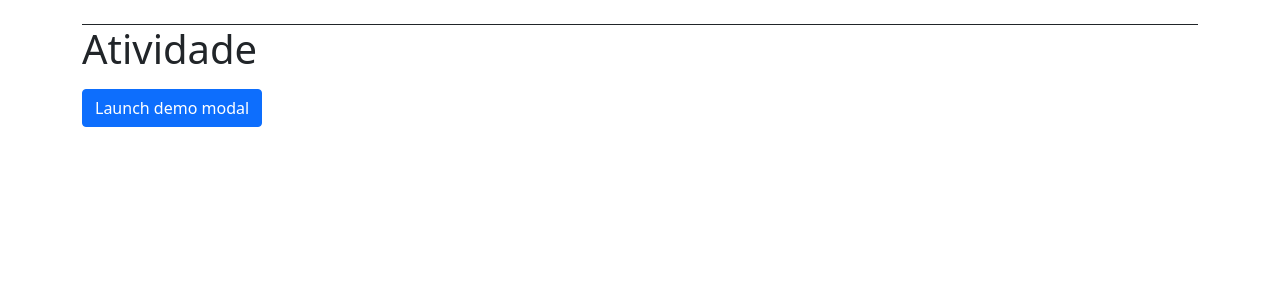
Repository: faribeiro/react-dotnetcore-efcore
Page: / (app in front/pro-atividade-app/)
The author's editor kept a copy of each file at every save. The page is drawn from the files as they stood at one save, then again after the next save.
The browser window is 1280 px wide. The pictures show the whole page.
The page's requests for data from a server got no answer. The project was rebuilt for these pictures with package versions that can differ from the ones it lists, and the page was loaded fresh each time. No one was signed in, and anything a server would have sent is missing. Also part of the build but not shown: front/pro-atividade-app/src/components/AtividadeForm.js, front/pro-atividade-app/src/components/Atividade.js.

Above is the page before, as saved 2023-10-24 15:15:26.

### front/pro-atividade-app/src/index.js
import React from 'react';
import ReactDOM from 'react-dom/client';
import './index.css';
import 'bootstrap/dist/css/bootstrap.min.css';
import App from './App';


const root = ReactDOM.createRoot(document.getElementById('root'));
root.render(
  <div className='container'>
    <App />

  </div>
);

// If you want to start measuring performance in your app, pass a function
// to log results (for example: reportWebVitals(console.log))
// or send to an analytics endpoint. Learn more: https://bit.ly/CRA-vitals

### front/pro-atividade-app/src/index.css
@import url('../node_modules/@fortawesome/fontawesome-free/css/all.min.css');

### front/pro-atividade-app/src/App.js
import {useEffect, useState} from 'react';
import './App.css';
import { Button, Modal } from 'react-bootstrap';
import AtividadeForm from './components/AtividadeForm';
import AtividadeLista from './components/AtividadeLista';
import api from './api/atividade';

function App() {
  const [show, setShow] = useState(false);
  const [atividades, setAtividades] = useState([])
  const [atividade, setAtividade] = useState({id:0})

  const handleClose = () => setShow(false);
  const handleShow = () => setShow(true);

  const pegaTodasAtividades = async () => {
    const response = await api.get('atividade');
    return response.data;
  }

  useEffect(() => {
    //atividades.length <= 0 ? setIndex(1) :
    //setIndex(Math.max.apply( Math, atividades.map((item) => item.id)) + 1)
    const getAtividades = async () => {
      const todasAtividades = await pegaTodasAtividades()
      if (todasAtividades) setAtividades(todasAtividades)
    }
    getAtividades();
  },[])

   const addAtividade = async (ativ) => {
    const response = await api.post('atividade', ativ)
    console.log(response.data)
    setAtividades([ ...atividades, response.data])
  }

  function cancelarAtividade() {
    setAtividade({id: 0})
  }

  const atualizarAtividade = async (ativ) => {
    const response = await api.put(`atividade/${ativ.id}`, ativ)
    const {id} = response.data
    setAtividades(
      atividades.map((item) => (item.id === id ? response.data : item ))
    )
    setAtividade({id: 0})
  }

  const deletarAtividade = async (id) => {
    if (await api.delete(`atividade/${id}`))
    {
      const atividadesFiltradas = atividades.filter(atividade => atividade.id !== id)
          setAtividades([...atividadesFiltradas])
    }
  }

  function pegarAtividade(id) {
    const atividade = atividades.filter(atividade => atividade.id === id)
    setAtividade(atividade[0])
  }

  return (
    <>
      <div className="d-flex justify-content-between align-items-end mt-2 pb-3 border-bottom border-dark">

      </div>
      <h1>Atividade {atividade.id !== 0 ? atividade.id : ''}</h1>
      <AtividadeLista
        atividades={atividades}
        deletarAtividade={deletarAtividade}
        pegarAtividade={pegarAtividade}
      />

      <Button variant="primary" onClick={handleShow}>
        Launch demo modal
      </Button>

      <Modal show={show} onHide={handleClose}>
        <Modal.Header closeButton>
          <Modal.Title>Modal heading</Modal.Title>
        </Modal.Header>
        <Modal.Body>
          <AtividadeForm
            addAtividade={addAtividade}
            cancelarAtividade={cancelarAtividade}
            atualizarAtividade={atualizarAtividade}
            ativSelecionada={atividade}
            atividades={atividades}
          />
        </Modal.Body>
      </Modal>

    </>

  );
}

export default App;

### front/pro-atividade-app/src/components/AtividadeLista.js
import React from 'react'
import Atividade from './Atividade'

export default function AtividadeLista(props) {
  return (
    <div className="mt-3">
          {props.atividades.map(ativ => (
            <Atividade
              key={ativ.id}
              ativ={ativ}
              deletarAtividade={props.deletarAtividade}
              pegarAtividade={props.pegarAtividade}
            />
          ))}
        </div>
  )
}

### front/pro-atividade-app/src/api/atividade.js
import axios from 'axios';

export default axios.create({
    baseURL: 'http://localhost:5000/api/',
})

Loaded but not shown: front/pro-atividade-app/public/index.html (common file); front/pro-atividade-app/src/App.css (no stored copy; drawn as an empty file)

After the next save:
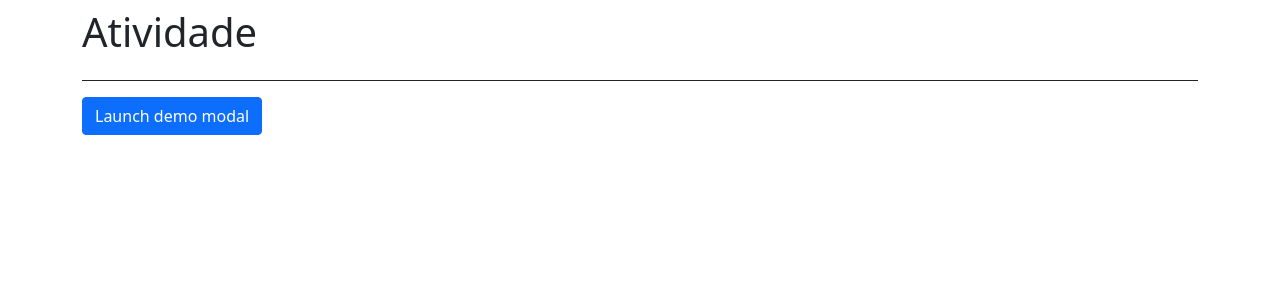
Saved 35 s later.
--- a/front/pro-atividade-app/src/App.js
+++ b/front/pro-atividade-app/src/App.js
@@ -63,9 +63,9 @@ function App() {
   return (
     <>
       <div className="d-flex justify-content-between align-items-end mt-2 pb-3 border-bottom border-dark">
+<h1>Atividade {atividade.id !== 0 ? atividade.id : ''}</h1>
+      </div>
 
-      </div>
-      <h1>Atividade {atividade.id !== 0 ? atividade.id : ''}</h1>
       <AtividadeLista
         atividades={atividades}
         deletarAtividade={deletarAtividade}
